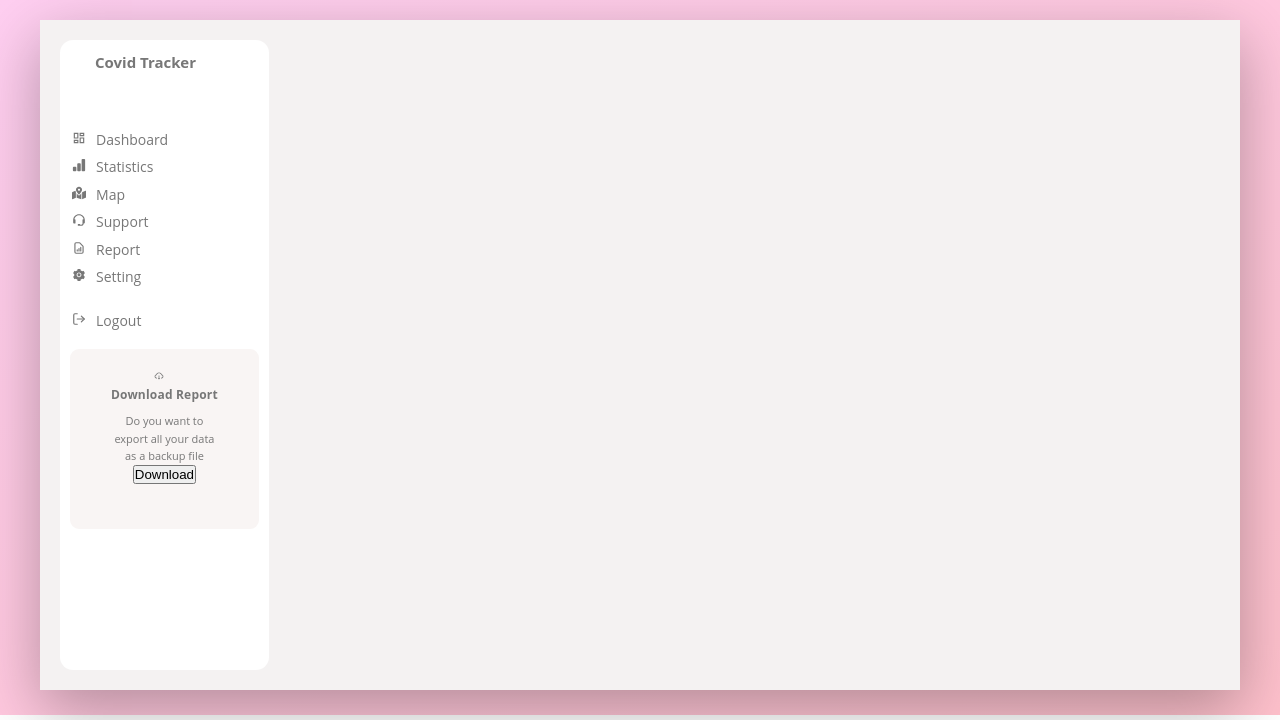
Repository: okidijimmy200/CovidAdminTracker
Page: /
An editor plug-in stored every save of this project. The page is shown before and after a run of saves, followed by the edit.
The browser window is 1280 px wide. The pictures show the whole page.
The project was rebuilt for these pictures with package versions that can differ from the ones it lists, and the page was loaded fresh each time.

Above is the page before, as saved 2022-06-16 14:24:06.

After the next 7 saves:
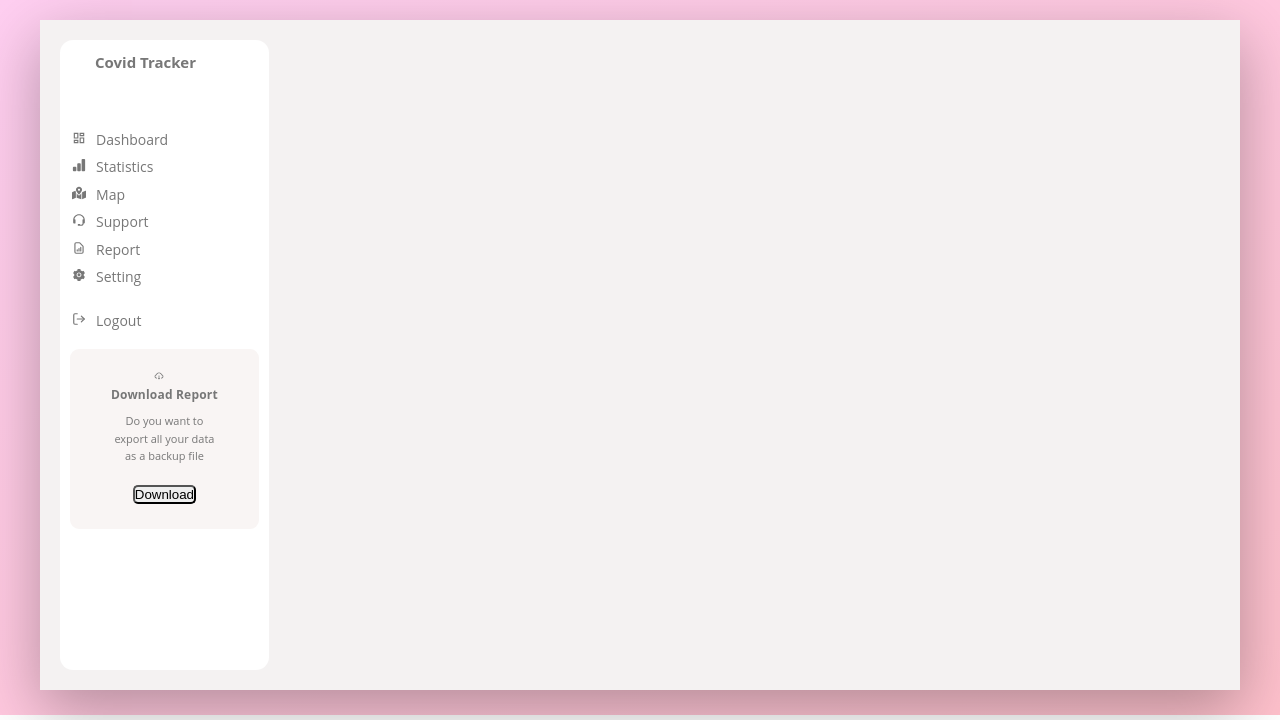
The 7 saves are shown as one change because 1 did not build or start and some came seconds apart.
The last was saved 19 s later.
--- a/src/sidebar/sidebar.scss
+++ b/src/sidebar/sidebar.scss
@@ -102,4 +102,6 @@
 
 .btn {
     cursor: pointer;
+    margin-top: 2rem;
+    border-radius: .5rem;
 }
